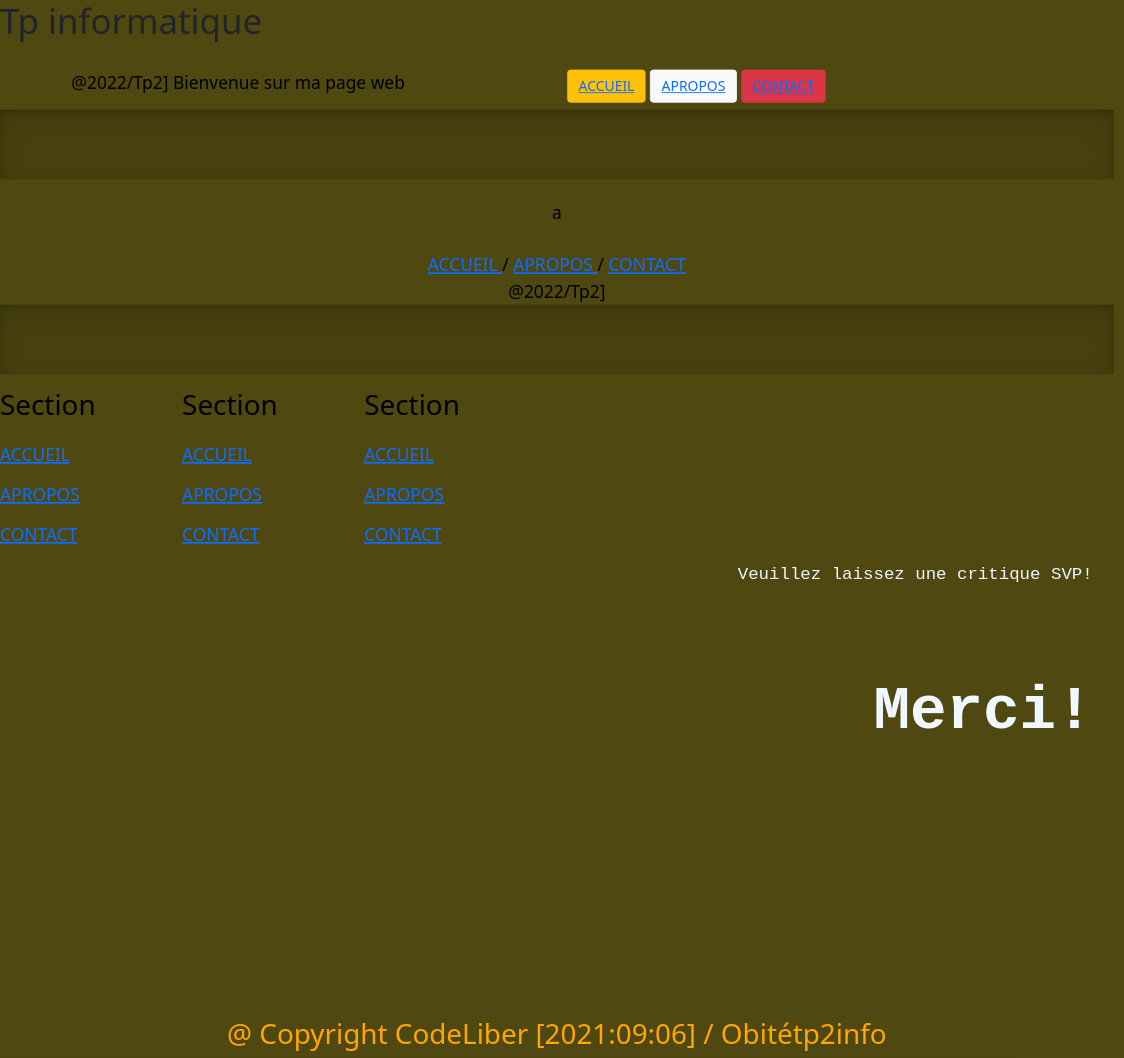
Repository: zezesylvain/cours-l3-info-2023-2024
Page: k.obite/Tp 2/Tp2/Index.html
An editor plug-in stored every save of this project. The page is shown before and after the next save, followed by the edit.
The browser window is 1280 px wide. The page is 1292 px wide, so the pictures cover 1292 px, including what lies to the right of the window. The pictures show the part of the page from y = 200 to 1416 px (the page is 1416 px tall), at 87% of full size.

Above is the page before, as saved 2021-12-15 11:06:00.

After the next save:
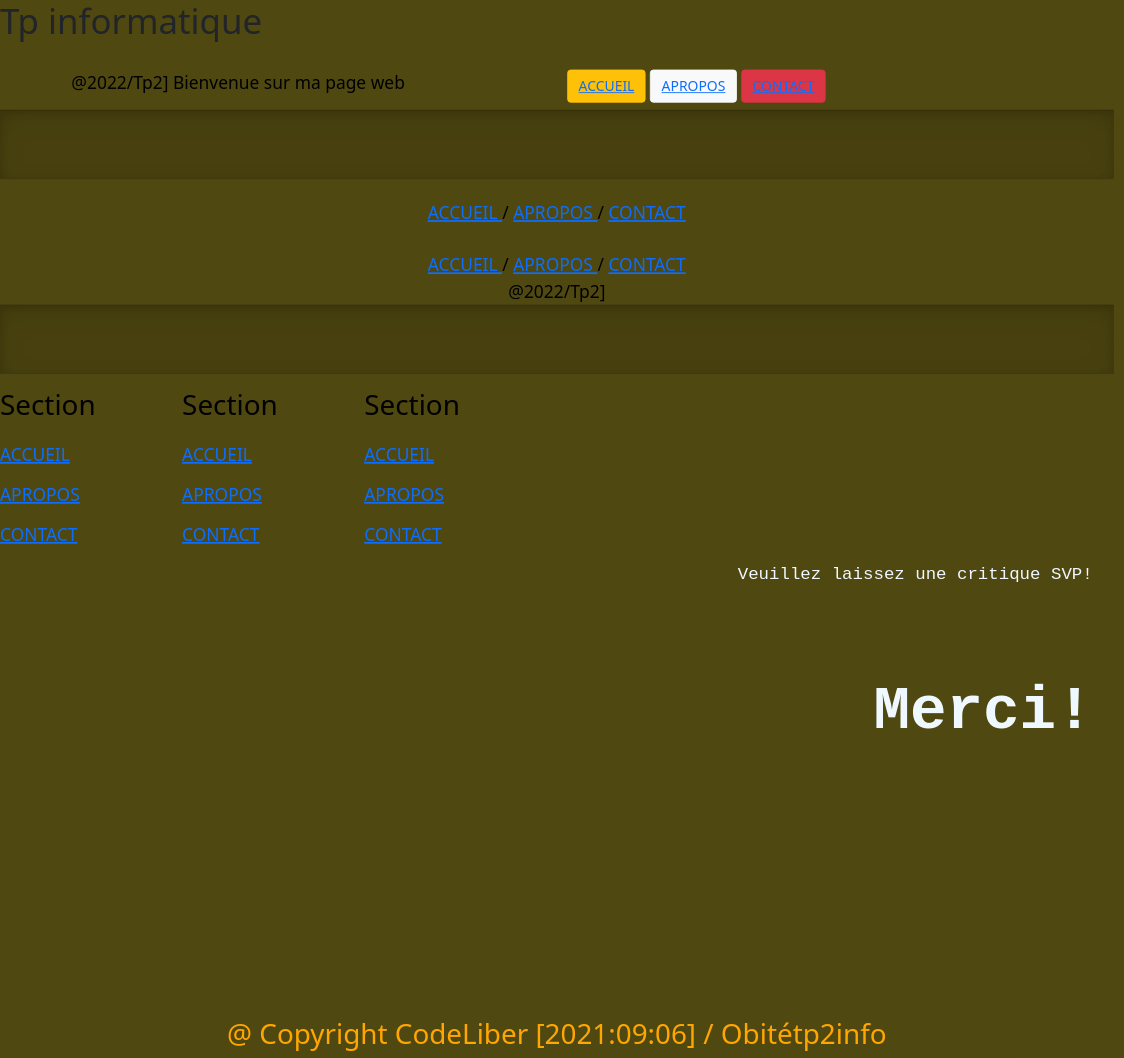
Saved 50 s later.
--- a/k.obite/Tp 2/Tp2/Index.html
+++ b/k.obite/Tp 2/Tp2/Index.html
@@ -49,8 +49,10 @@
 <br>
 <br>
          <div  class="col-md-12" id="fichier11">
+          <a href="index.html"> ACCUEIL </a> /
+          <a href="about.html"> APROPOS </a> /
+          <a href="contact.html">  CONTACT </a>
 
-             a
          </div>
 
 
